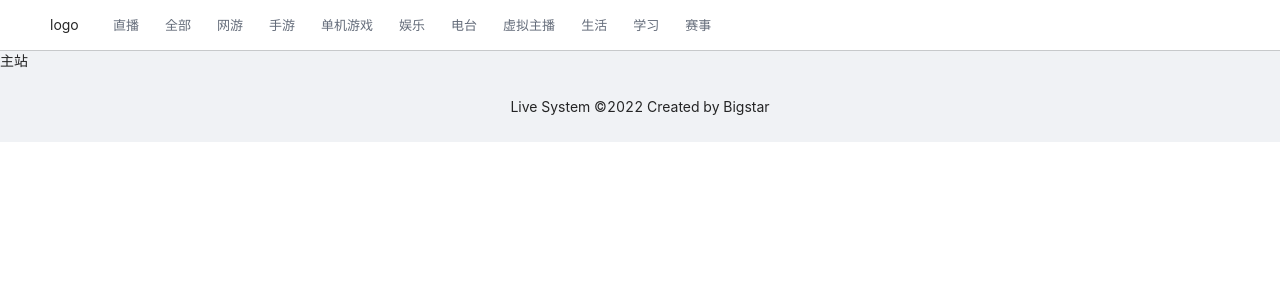
Repository: Bigstar-hyx/webrtc-react
Page: /
The author's editor kept a copy of each file at every save. The page is drawn from the files as they stood at one save, then again after the next save.
The browser window is 1280 px wide. The pictures show the whole page.
The project was rebuilt for these pictures with package versions that can differ from the ones it lists, and the page was loaded fresh each time. Also part of the build but not shown: craco.config.js, webpack.config.js, src/pages/live/Index.css, src/pages/live/component/Content/Video/video.css, src/pages/live/component/Content/Video/Video.js, src/pages/live/component/Content/Comments/comments.css, src/pages/live/component/Content/Comments/TalkSend.js, src/pages/live/component/Content/Comments/Talk.js and 5 more.

Above is the page before, as saved 2022-01-30 16:04:13.

After the next save:
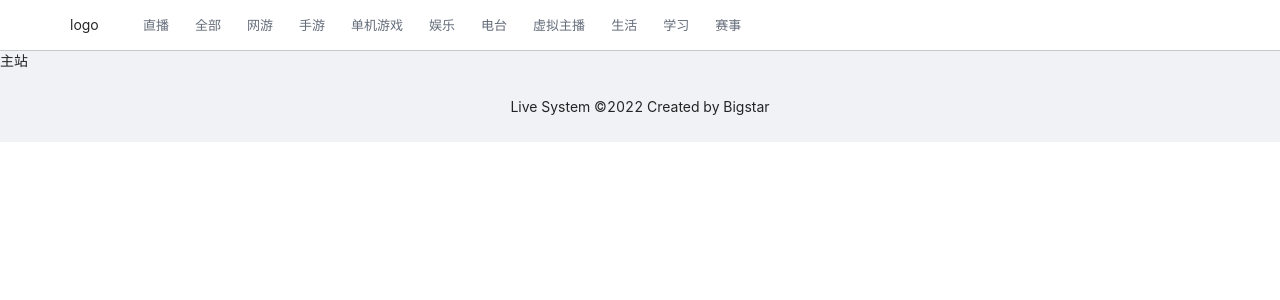
Saved 80 s later.
--- a/src/top/index.css
+++ b/src/top/index.css
@@ -8,5 +8,6 @@
 }
 .logo {
   float: left;
-  width: 50px;
+  padding: 0px 0px 0px 20px;
+  width: 80px;
 }
